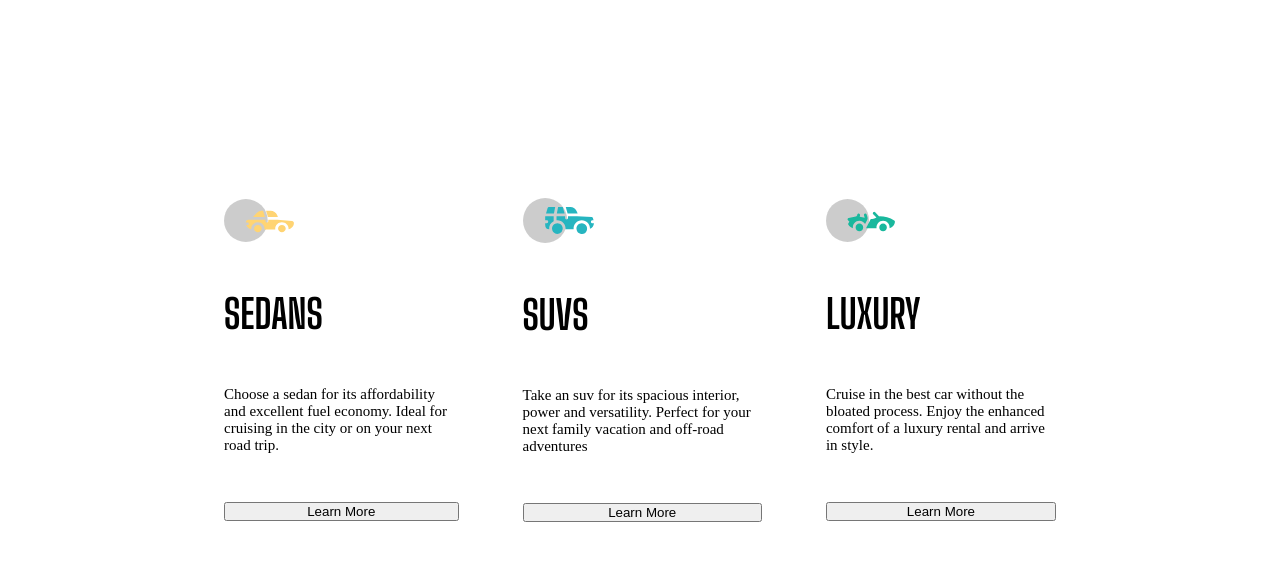
Repository: UnegbuAbigail/3-columns-cards
Page: index.html
The author's editor kept a copy of each file at every save. The page is drawn from the files as they stood at one save, then again after a run of saves.
The browser window is 1280 px wide. The pictures show the whole page.

Above is the page before, as saved 2024-08-03 14:26:19.

### index.html
<!DOCTYPE html>
<html lang="en">
<head>
    <meta charset="UTF-8">
    <meta name="viewport" content="width=device-width, initial-scale=1.0">
    <title>Document</title>
    <link rel="stylesheet" href="style.css">
</head>
<body>
    <main>
        <section>
            <!-- card-1 -->
             <div class="cards">
                <img src="assets/icon-sedans.svg" alt="sedan-car-image">
                <h2>SEDANS</h2>
                <p>Choose a sedan for its affordability and excellent fuel economy. Ideal for cruising in the city or on your next road trip.</p>
                <button>Learn More</button>
             </div>

             <!-- card-2 -->

             <div class="cards">
                <img src="assets/icon-suvs.svg" alt="">
                <h2>SUVS</h2>
          <p>
            Take an suv for its spacious interior, power and versatility.
            Perfect for your next family vacation and off-road adventures
          </p>
          <button>Learn More</button>
             </div>

             <!-- card-3 -->
             <div class="cards">
                <img src="assets/icon-luxury.svg" alt="luxury-car-image">
                <h2>LUXURY</h2>
                <p>
                    Cruise in the best car without the bloated process. Enjoy the enhanced comfort of a luxury rental and arrive in style.
                </p>
                <button>Learn More</button>
               </div>
        </section>
    </main>
</body>
</html>

### style.css
@import url('https://fonts.googleapis.com/css2?family=Lexend+Deca:wght@100..900&family=Montserrat:ital,wght@0,100..900;1,100..900&display=swap');
@import url('https://fonts.googleapis.com/css2?family=Big+Shoulders+Display:wght@100..900&family=Lexend+Deca:wght@100..900&family=Montserrat:ital,wght@0,100..900;1,100..900&display=swap');

* {
    padding: 0;
    margin: 0;
    box-sizing: border-box;
}

:root{
    --bright-orange: hsl(31, 77%, 52%);
    --dark-cyan: hsl(184, 100%, 22%);
    --very-dark-cyan: hsl(179, 100%, 13%);
    --transparent-white: hsla(0, 0%, 100%, 0.75);
    --very-light-gray: hsl(0, 0%, 95%);
    --ff-big-shoulders-display: "Big Shoulders Display", sans-serif;
    --ff-lexand-deca: "Lexand Deca", sans-serif;
}

html,body {
    display: flex;
    justify-content: center;
    align-items: center;
    /* border: 2px, solid red; */
    min-height: 100%;
}

body {
    font-size: 15px;
}

main {
    display: flex;
    justify-content: center;
    align-items: center;
    min-height: 100%;
}

section {
    /* border: 2px solid blue; */
    display: flex;
    justify-content: center;
    align-items: center;
    width: 70%;
    height: 100%;

}

/* cards */
.cards {
    display: flex;
    flex-direction: column;
    gap: 3rem;
    padding: 2rem;
}

img {
    width: 30%;
}

h2 {
    font-family: var(--ff-big-shoulders-display);
    font-weight: 700;
    font-size: 2.5rem;
}

p{
    /* color: var(--transparent-white); */
    font-family: var(--ff-lexand-deca)
    fwe;
}

After the next 3 saves:
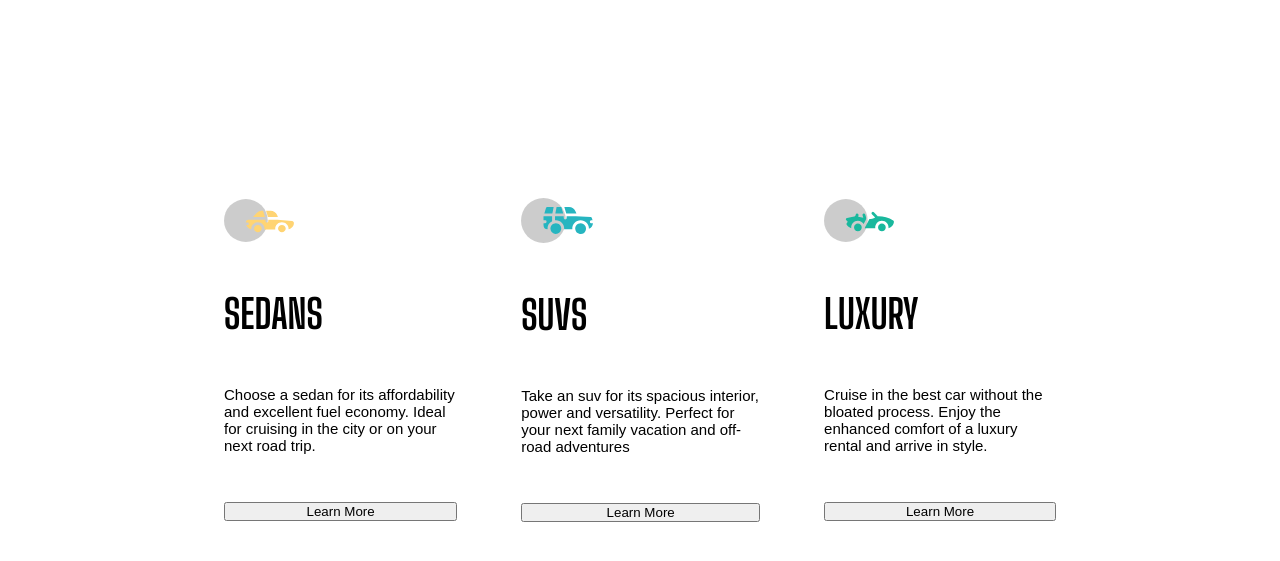
The 3 saves are shown as one change because they came seconds apart.
The last was saved 10 s later.
--- a/style.css
+++ b/style.css
@@ -66,6 +66,6 @@ h2 {
 
 p{
     /* color: var(--transparent-white); */
-    font-family: var(--ff-lexand-deca)
-    fwe;
+    font-family: var(--ff-lexand-deca);
+
 }
